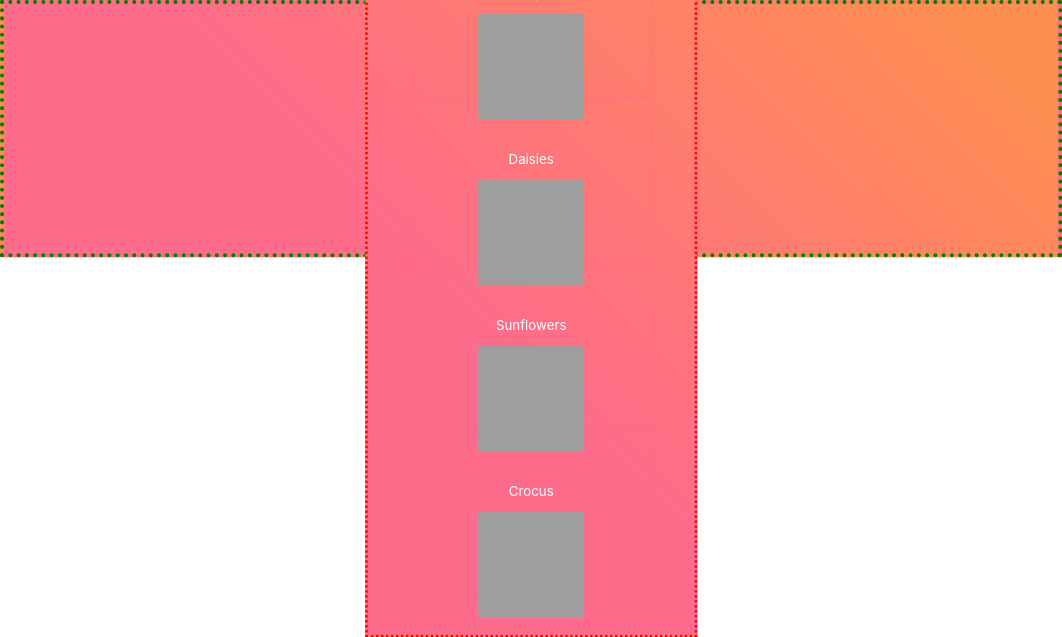
Repository: DevLuDaley/react-flower-shop
Page: /
The author's editor kept a copy of each file at every save. The page is drawn from the files as they stood at one save, then again after the next save.
The browser window is 1280 px wide. The pictures show the whole page, at 83% of full size.
Pictures or frames that could not be fetched are drawn as grey boxes. The project was rebuilt for these pictures with package versions that can differ from the ones it lists, and the page was loaded fresh each time.

Above is the page before, as saved 2021-02-19 22:13:25.

### src/App.js
// import './App.css';
import Grid from '@material-ui/core/Grid';
import Container from '@material-ui/core/Container';
import { makeStyles } from '@material-ui/core/styles';

// // or
// import { Grid } from '@material-ui/core';
//  import FlowerGallery from './components/FlowerGallery'
 import FlowersContainer from './Containers/FlowersContainer'


const useStyles = makeStyles({
  root: {
    background: 'linear-gradient(45deg, #FE6B8B 30%, #FF8E53 90%)',
    display: 'flex',
    justifyContent: 'center',
    alignItems: 'center',
    textAlign: 'center',
    height: '200px',
    border: '5px dotted green',
    padding: '50px'
  },
});

function App() {
  const classes = useStyles();
  return (
    <Grid className={classes.root}>
      <Container>
      <FlowersContainer/>
        {/* <FlowerGallery/> */}
      </Container>
    </Grid>
  );
}

export default App;

### src/Containers/FlowersContainer.js
import React from 'react';
import Grid from '@material-ui/core/Grid';
import Container from '@material-ui/core/Container';
import { makeStyles } from '@material-ui/core/styles';


import FlowerGallery from '../components/FlowerGallery'


const useStyles = makeStyles({
  root: {
    background: 'linear-gradient(45deg, #FE6B8B 30%, #FF8E53 90%)',
    // border: 0,
    // borderRadius: 3,
    // boxShadow: '0 3px 5px 2px rgba(255, 105, 135, .3)',
    // color: 'white',
    // height: "auto",
    width: '400px',
    padding: '50px 30px',
    // margin: '20px auto',
    // display: 'flex',
    justifyContent: 'center',
    alignItems: 'center',
    textAlign: 'center',
    // height: '200px',
    border: '3px dotted red'
  },
});


const FlowersContainer = () => {
    const classes = useStyles();
    return (

        <Grid>
            <Container className={classes.root}>
                <FlowerGallery/>
            </Container>
        </Grid>


     );
}

export default FlowersContainer;

### src/components/FlowerGallery.js
import React from 'react';
import { makeStyles } from '@material-ui/core/styles';

// import FlowerGalleryStyles from './FlowerGalleryStyles'
// import Button from materialmaterial
import Button from '@material-ui/core/Button';
import Container from '@material-ui/core/Container';

// const useStyles = makeStyles({
//   root: {
//     background: 'linear-gradient(45deg, #FE6B8B 30%, #FF8E53 90%)',
//     border: 0,
//     borderRadius: 3,
//     boxShadow: '0 3px 5px 2px rgba(255, 105, 135, .3)',
//     color: 'white',
//     // height: 48,
//     padding: '0 30px',
//     margin: '15 0'
//   },
// });

const useStyles = makeStyles({
  root: {
    // background: 'linear-gradient(45deg, #FE6B8B 30%, #FF8E53 90%)',
    // border: 0,
    borderRadius: 3,
    boxShadow: '0 3px 5px 2px rgba(255, 105, 135, .3)',
    color: 'white',
    height: 100,
    padding: '50px 30px',
    margin: '50',
    display: 'block'
  },
});

const FlowerGallery = () => {
      const classes = useStyles();
    // const classes = FlowerGalleryStyles()

const flowerList = [
  {
    id: 1,
    name: 'Red Roses',
    imageUrl: 'https://images.unsplash.com/photo-1548094967-e25a127d1f6d?ixid=MXwxMjA3fDB8MHxwaG90by1wYWdlfHx8fGVufDB8fHw%3D&ixlib=rb-1.2.1&auto=format&fit=crop&w=1137&q=80',
    rating: 5,
    alt: 'red-roses'},
  {
    id: 2,
    name: 'Tulips',
    imageUrl: 'https://images.unsplash.com/photo-1610444028097-40d9858bb44f?ixid=MXwxMjA3fDB8MHxwaG90by1wYWdlfHx8fGVufDB8fHw%3D&ixlib=rb-1.2.1&auto=format&fit=crop&w=1234&q=80',
    rating: 4,
    alt: 'tulips'},
  {
    id: 3,
    name: 'Daisies',
    imageUrl: 'https://images.unsplash.com/photo-1607061868914-e38515be98cb?ixid=MXwxMjA3fDB8MHxwaG90by1wYWdlfHx8fGVufDB8fHw%3D&ixlib=rb-1.2.1&auto=format&fit=crop&w=1091&q=80',
    rating: 4,
    alt: ''},

  {
    id: 4,
    name: 'Sunflowers',
    imageUrl: 'https://images.unsplash.com/photo-1598459832065-1e43b2283799?ixid=MXwxMjA3fDB8MHxzZWFyY2h8Nnx8c3VuZmxvd2VyJTIwYm9xdWV0fGVufDB8fDB8&ixlib=rb-1.2.1&auto=format&fit=crop&w=1200&q=60',
    rating: 5,
    alt: ''},
  {
    id: 5,
    name: 'Crocus',
    imageUrl: 'https://images.unsplash.com/photo-1488979246948-f4b573b1fae8?ixid=MXwxMjA3fDB8MHxwaG90by1wYWdlfHx8fGVufDB8fHw%3D&ixlib=rb-1.2.1&auto=format&fit=crop&w=1350&q=80',
    rating: 5,
    alt: ''}

]

    return (
        <Container>
        <h1>This is a flower Gallery</h1>
        <section>
        {flowerList ? flowerList.map(flower =>
          <div className={classes.root}>
              <p>{flower.name}</p>
              <img src={flower.imageUrl} alt={flower.alt} style={{width:"128px", height: "128px"}}></img>
          </div>
        )
        : <p className="no-data-message"> No Flowers Yet</p>
        }


        </section>
        {/* <Button className={classes.root}>Hook</Button>
        <Button variant="contained" color="primary">Hook</Button> */}
      </Container>
      );
}

export default FlowerGallery;
// FlowerGalleryStyles

Loaded but not shown: public/index.html (common file); src/index.js (common file); src/index.css (common file); src/reportWebVitals.js (common file)

After the next save:
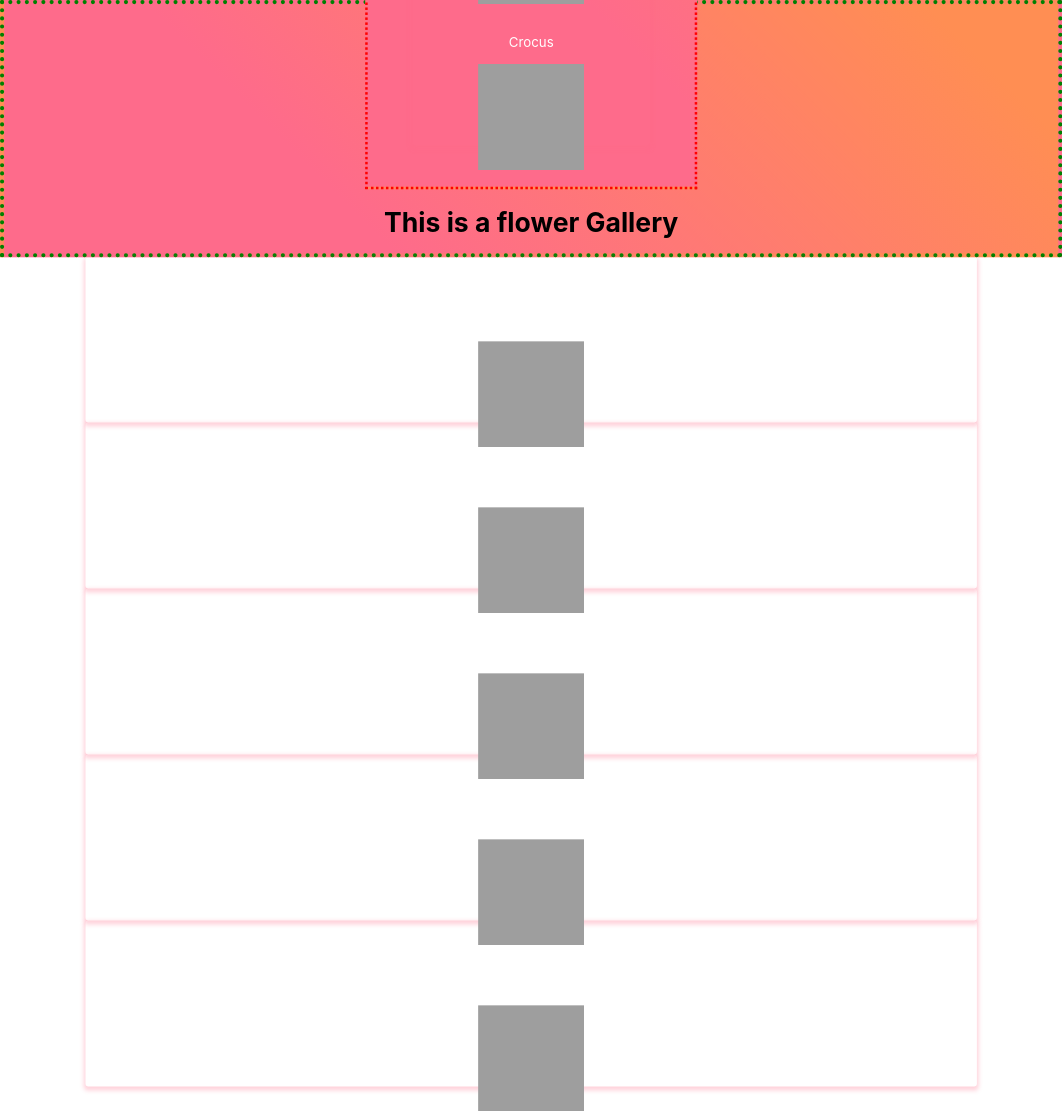
Saved 20 s later.
--- a/src/App.js
+++ b/src/App.js
@@ -5,7 +5,7 @@ import { makeStyles } from '@material-ui/core/styles';
 
 // // or
 // import { Grid } from '@material-ui/core';
-//  import FlowerGallery from './components/FlowerGallery'
+ import FlowerGallery from './components/FlowerGallery'
  import FlowersContainer from './Containers/FlowersContainer'
 
 
@@ -28,7 +28,7 @@ function App() {
     <Grid className={classes.root}>
       <Container>
       <FlowersContainer/>
-        {/* <FlowerGallery/> */}
+        <FlowerGallery/>
       </Container>
     </Grid>
   );
